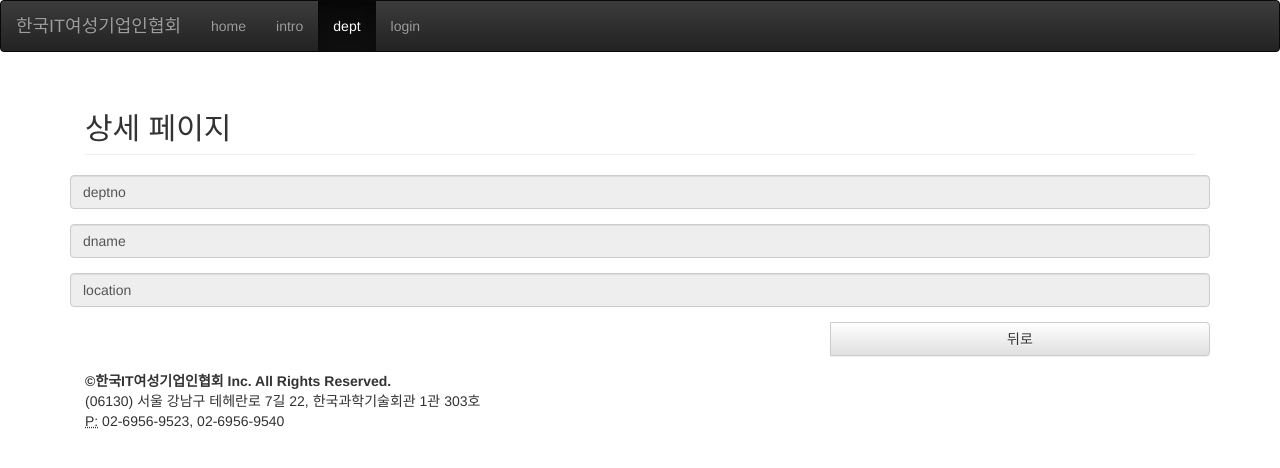
Repository: minho00123/sw-professional-training
Page: http://localhost/sts08/WEB-INF/views/dept/dept.jsp
The author's editor kept a copy of each file at every save. The page is drawn from the files as they stood at one save, then again after the next save.
The browser window is 1280 px wide. The pictures show the whole page.
After loading, the first visible `a.btn` was clicked once.
The page is served by Tomcat 9. Nobody is signed in. The template is opened directly, without the code that normally fills it, so the values that code supplies are empty.

Above is the page before, as saved 2025-05-21 03:14:51.
Console error (its wording comes from the project's code and is left out).

After the next save:
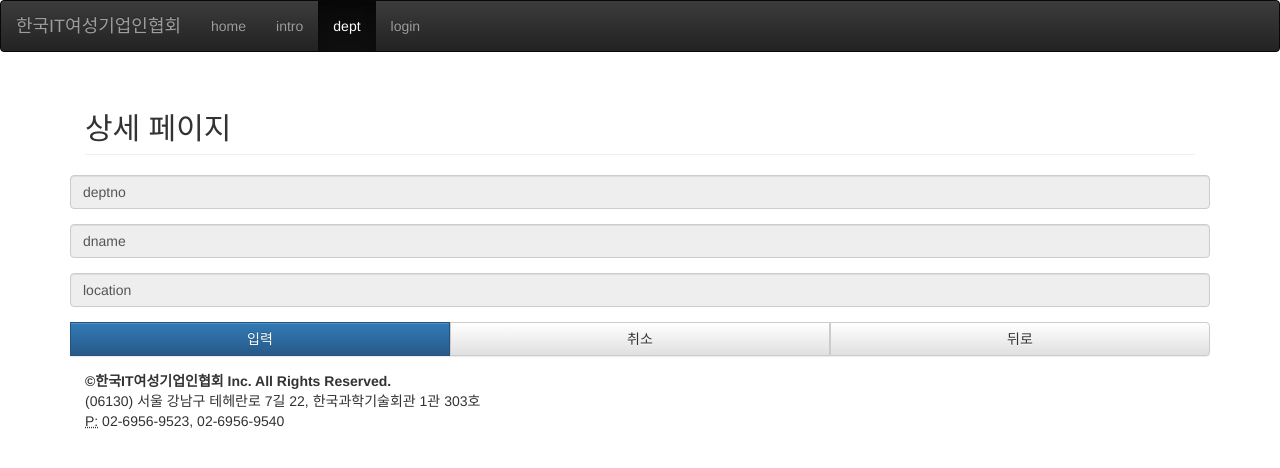
Saved 20 s later.
--- a/stsWorkspace/sts08/src/main/webapp/WEB-INF/views/dept/dept.jsp
+++ b/stsWorkspace/sts08/src/main/webapp/WEB-INF/views/dept/dept.jsp
@@ -47,6 +47,7 @@
 			$('form .btn-group>button').eq(1).hide();
 			$('form .btn-group>a').eq(0).click(function(e) {
 				$('form .btn-group>a').hide();
+				$('form .btn-group>button').show();
 				return false;
 			});
 		});
